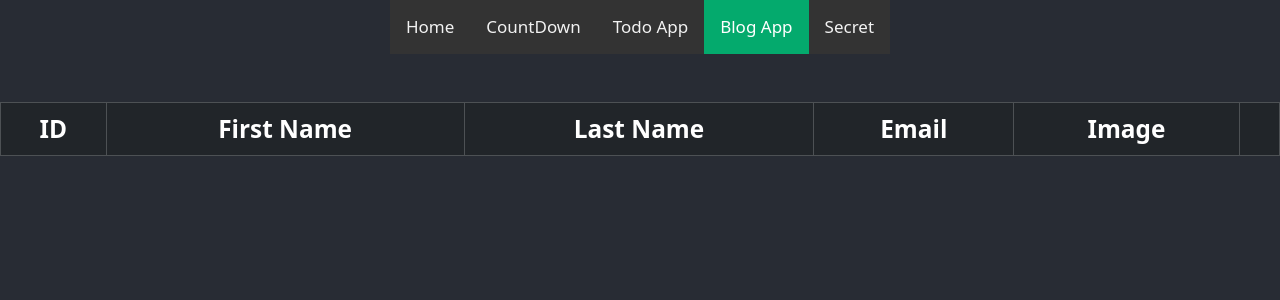
Repository: ThucSkin/React-hook-basic
Page: /blog
The author's editor kept a copy of each file at every save. The page is drawn from the files as they stood at one save, then again after the next save.
The browser window is 1280 px wide. The pictures show the whole page.
The page's requests for data from a server got no answer. The project was rebuilt for these pictures with package versions that can differ from the ones it lists, and the page was loaded fresh each time. No one was signed in, and anything a server would have sent is missing. Also part of the build but not shown: src/views/Todo.js, src/views/TableApi/TableUser.scss, src/views/TableApi/TableApi.js, src/views/CountDown/countdown.js, src/views/BlogDetail.js.

Above is the page before, as saved 2023-06-11 22:25:54.

### src/App.js

import './App.css';
import Nav from './views/Nav';
import Todo from './views/Todo';
import TableApi from './views/TableApi/TableApi';
import { CountDown } from './views/CountDown/countdown';
import { Routes, Route } from 'react-router-dom'
import { Blog } from './views/Blog';
import DetailBlog from './views/BlogDetail';


const App = () => {
  return (
    <div className="App">
      <header className="App-header">
        <Nav />
        <Routes>
          <Route path='/' element={<TableApi />} />
          <Route path='/countdown' element={<CountDown />} />
          <Route path='/todo' element={<Todo />} />
          <Route path='/blog' element={<Blog />} />
          <Route path='/blog/:id' element={<DetailBlog />} />
        </Routes>
      </header>
    </div>
  );
}

export default App;

### src/App.css
.App {
  text-align: center;
}

.App-logo {
  height: 10vmin;
  pointer-events: none;
}

@media (prefers-reduced-motion: no-preference) {
  .App-logo {
    animation: App-logo-spin infinite 20s linear;
  }
}

.App-header {
  background-color: #282c34;
  min-height: 100vh;
  display: flex;
  flex-direction: column;
  align-items: center;
  /* justify-content: center; */
  font-size: calc(10px + 2vmin);
  color: white;
}

.App-link {
  color: #61dafb;
}

@keyframes App-logo-spin {
  from {
    transform: rotate(0deg);
  }
  to {
    transform: rotate(360deg);
  }
}

### src/views/Nav.js
import { NavLink } from 'react-router-dom';
import './Nav.scss';
import 'bootstrap/dist/css/bootstrap.min.css';

const Nav = () => {
    return (
        <>
            <div className="topnav mb-4">
                <NavLink to="/" activeclassName="active">Home</NavLink>
                <NavLink to="/countdown">CountDown</NavLink>
                <NavLink to="/todo">Todo App</NavLink>
                <NavLink to="/blog">Blog App</NavLink>
                <NavLink to="/secrect">Secret</NavLink>
            </div>
        </>
    )
}

export default Nav;

### src/views/Blog.js
import useFetch from "../customize/Fetch";
import Table from 'react-bootstrap/Table';
import 'bootstrap/dist/css/bootstrap.min.css';
import { Link } from "react-router-dom";

const Blog = () => {
    const { data: dataBlogs, loading }
        = useFetch(`https://reqres.in/api/users?page=2`, false);
    let newData = [];

    if (dataBlogs.length > 0 && dataBlogs) {
        newData = dataBlogs;
    }

    return (
        <Table striped bordered hover variant="dark" className='mt-4'>
            <thead>
                <tr>
                    <th>ID</th>
                    <th>First Name</th>
                    <th>Last Name</th>
                    <th>Email</th>
                    <th>Image</th>
                    <th colSpan={2}></th>
                </tr>
            </thead>
            <tbody>

                {loading === false && newData && newData.length > 0 &&
                    newData.map(item => {
                        return (
                            <tr key={item.id}>
                                <td>{item.id}</td>
                                <td>{item.first_name}</td>
                                <td>{item.last_name}</td>
                                <td>{item.email}</td>
                                <td>
                                    <img className='img-users' alt="" src={item.avatar}></img>
                                </td>
                                <td>
                                    <button>
                                        <Link to={`/blog/${item.id}`}>Detail</Link>
                                    </button>
                                </td>

                            </tr>
                        )
                    })
                }
                {loading === true &&
                    <tr>
                        <td colSpan={5}>Loading...</td>
                    </tr>}
            </tbody>
        </Table>
    );
}

export { Blog };

### src/views/Nav.scss
body {
    margin: 0;
    font-family: Arial, Helvetica, sans-serif;

    .topnav {
        overflow: hidden;
        background-color: #333;

        a {
            float: left;
            color: #f2f2f2;
            text-align: center;
            padding: 14px 16px;
            text-decoration: none;
            font-size: 17px;
        }

        a:hover {
            background-color: #ddd;
            color: black;
        }

        a.active {
            background-color: #04AA6D;
            color: white;
        }
    }
}

### src/customize/Fetch.js
import { useEffect, useState } from "react"
import axios from "axios"

const useFetch = (url, isUserData) => {
    const [data, setData] = useState([])
    const [loading, setLoading] = useState(true)

    useEffect(() => {
        const ourRequest = axios.CancelToken.source() // <-- 1st step

        async function fetchData() {
            try {
                let res = await axios.get(url, {
                    cancelToken: ourRequest.token, // <-- 2nd step
                })
                let data = (res && res.data) ? res.data.data : []; // true, false
                setData(data);
                setLoading(false);
            }
            catch (err) {
                if (axios.isCancel(err)) {
                    console.log('Request canceled', err.message);
                } else {
                    setLoading(false);
                }

            }
        }
        setTimeout(() => {
            fetchData();
        }, 1000)
        return () => {
            ourRequest.cancel();
        }
    }, [url]);

    return {
        data, loading
    }
}

export default useFetch;

Loaded but not shown: public/index.html (common file); src/index.js (common file); src/index.css (common file); src/reportWebVitals.js (common file)

After the next save:
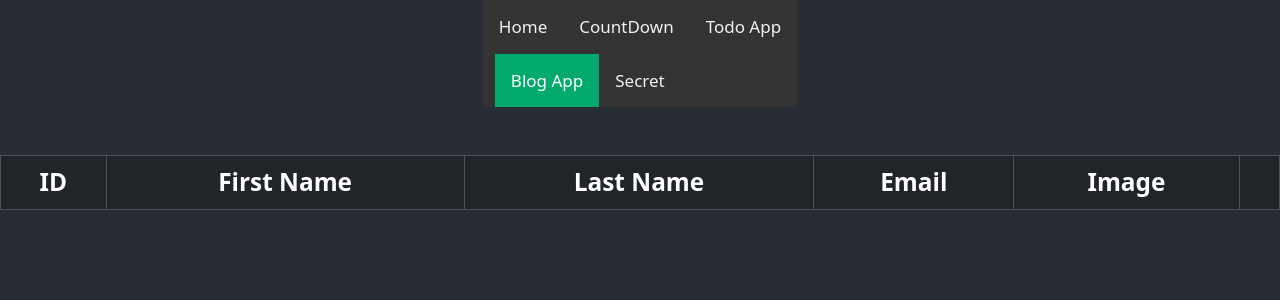
Saved 45 s later.
--- a/src/views/Nav.js
+++ b/src/views/Nav.js
@@ -1,6 +1,7 @@
 import { NavLink } from 'react-router-dom';
 import './Nav.scss';
 import 'bootstrap/dist/css/bootstrap.min.css';
+import { Container } from 'react-bootstrap';
 
 const Nav = () => {
     return (
@@ -9,7 +10,9 @@
                 <NavLink to="/" activeclassName="active">Home</NavLink>
                 <NavLink to="/countdown">CountDown</NavLink>
                 <NavLink to="/todo">Todo App</NavLink>
-                <NavLink to="/blog">Blog App</NavLink>
+                <Container>
+                    <NavLink to="/blog">Blog App</NavLink>
+                </Container>
                 <NavLink to="/secrect">Secret</NavLink>
             </div>
         </>

After the save that followed:
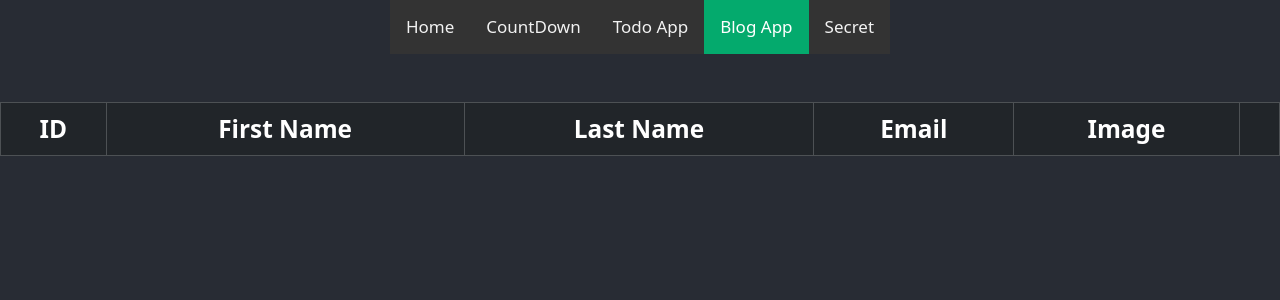
Saved 20 s later.
--- a/src/views/Nav.js
+++ b/src/views/Nav.js
@@ -1,7 +1,6 @@
 import { NavLink } from 'react-router-dom';
 import './Nav.scss';
 import 'bootstrap/dist/css/bootstrap.min.css';
-import { Container } from 'react-bootstrap';
 
 const Nav = () => {
     return (
@@ -10,9 +9,7 @@
                 <NavLink to="/" activeclassName="active">Home</NavLink>
                 <NavLink to="/countdown">CountDown</NavLink>
                 <NavLink to="/todo">Todo App</NavLink>
-                <Container>
-                    <NavLink to="/blog">Blog App</NavLink>
-                </Container>
+                <NavLink to="/blog">Blog App</NavLink>
                 <NavLink to="/secrect">Secret</NavLink>
             </div>
         </>
